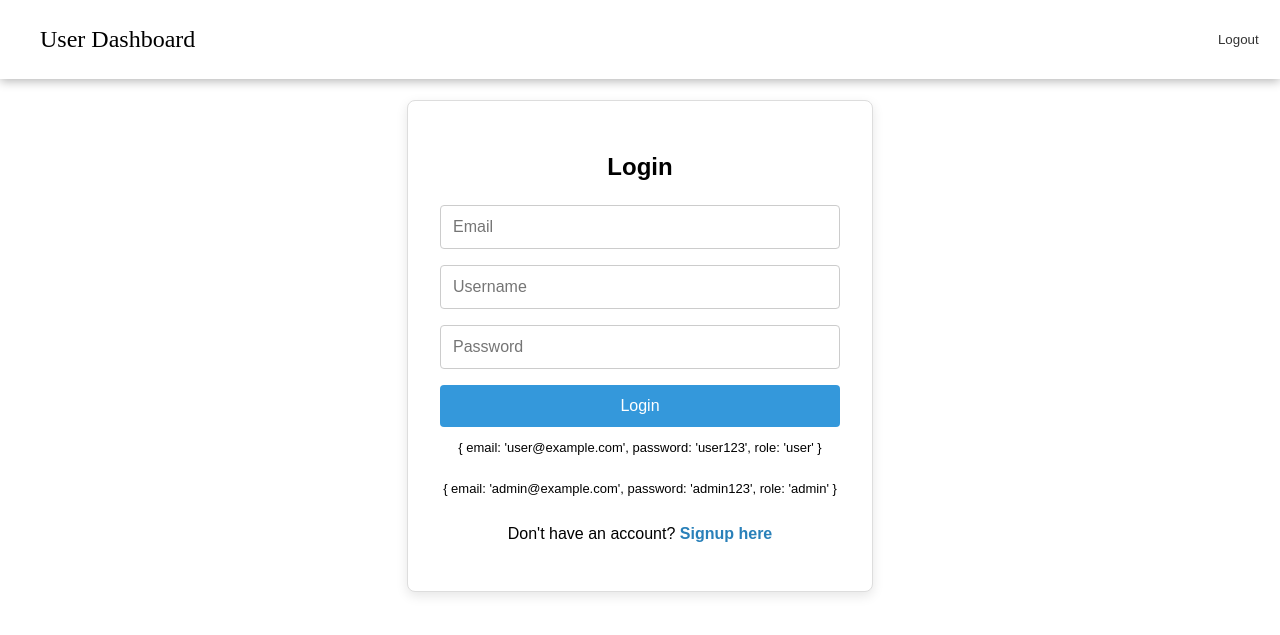
Repository: Edmund-Kiama/todoPHP
Page: / (app in task-manager-frontend/)
An editor plug-in stored every save of this project. The page is shown before and after the next save, followed by the edit.
The browser window is 1280 px wide. The pictures show the whole page.
The project was rebuilt for these pictures with package versions that can differ from the ones it lists, and the page was loaded fresh each time. Also part of the build but not shown: task-manager-frontend/vite.config.js, task-manager-frontend/src/components/Admin/admin.css, task-manager-frontend/src/components/Admin/AdminDashboard.vue, task-manager-frontend/src/components/User/user.css, task-manager-frontend/src/components/User/UserDashboard.vue, task-manager-frontend/src/components/Auth/signup.css, task-manager-frontend/src/components/Auth/Signup.vue.

Above is the page before, as saved 2025-07-12 23:06:26.

### task-manager-frontend/src/App.vue
<script setup>
  import Navbar from './components/Navbar/Navbar.vue';
  import { store } from './store';
</script>

<template>
  <Navbar />
  <router-view />
</template>

### task-manager-frontend/src/router/index.js
import { createRouter, createWebHistory } from 'vue-router';
import Login from '../components/Auth/Login.vue';
import AdminDashboard from '../components/Admin/AdminDashboard.vue';
import UserDashboard from '../components/User/UserDashboard.vue';
import Signup from '../components/Auth/Signup.vue';

const routes = [
  { path: '/', name: 'Login', component: Login },
  { path: '/signup', name: 'Signup', component: Signup },
  { path: '/admin', name: 'AdminDashboard', component: AdminDashboard },
  { path: '/user', name: 'UserDashboard', component: UserDashboard }
];

const router = createRouter({
  history: createWebHistory(),
  routes
});

export default router;

### task-manager-frontend/src/components/Navbar/Navbar.vue

<template>
  <nav v-if="store.user.loggedIn" class="navbar">
    <ul>
      <li v-if="user.role === 'admin'">Admin Dashboard</li>
      <li v-if="user.role === 'user'">User Dashboard</li>
      <li><button @click="logout">Logout</button></li>
    </ul>
  </nav>
</template>

<script setup>
  import "./nav.css"
  import { store } from '../../store'
  import { useRouter } from 'vue-router'

  const router = useRouter()

  const user = store.user
  if (!user.loggedIn) router.push('/')

  function logout() {
    store.user.role = null
    store.user.loggedIn = false
    localStorage.removeItem('token')
    router.push('/')
  }
</script>

### task-manager-frontend/src/store.js
import { reactive } from 'vue'

export const store = reactive({
  user: {
    role: "user",
    loggedIn: true,
    username: "Nick"
  },
})

### task-manager-frontend/src/components/Auth/Login.vue
<script setup>
    import './login.css'
    import { ref } from 'vue';
    import { useRouter } from 'vue-router';

    const email = ref('');
    const name = ref('');
    const password = ref('');
    const error = ref('');
    const router = useRouter();

    const login = () => {
         // Clear error
        error.value = '';
        const users = [
        { email: 'admin@example.com', password: 'admin123', role: 'admin' },
        { email: 'user@example.com', password: 'user123', role: 'user' },
        ];

        const user = users.find(
            (u) => u.email === email.value && u.password === password.value
        );

        if (!user) error.value = "Invalid credentials"
        if (user?.role === 'admin') router.push('/admin');
        if (user?.role === 'user') router.push('/user');
    };
</script>

<template>
    <div class="login-container">
        <h2>Login</h2>
        <form @submit.prevent="login">
            <input v-model="email" placeholder="Email" required />
            <input v-model="name" placeholder="Username" required />
            <input type="password" v-model="password" placeholder="Password" required />
            <button>Login</button>
            <p v-if="error" class="error">{{ error }}</p>
            <p class="descr">{ email: 'user@example.com', password: 'user123', role: 'user' }</p>
            <p class="descr">{ email: 'admin@example.com', password: 'admin123', role: 'admin' }</p>
            <p class="toggle">
                Don't have an account?
                <router-link to="/signup" class="link">Signup here</router-link>
            </p>
        </form>
    </div>
</template>

### task-manager-frontend/src/components/Navbar/nav.css
.navbar {
    background-color: white;
    margin: 0;
    padding: 0;
    position: fixed;
    box-shadow: 0 2px 10px rgba(0, 0, 0, 0.3);
    width: 100%;
    top: 0;
    left: 0;
    right: 0;
}
.navbar ul {
    display: flex;
    justify-content: space-between;
    align-items: center;
    gap: 1rem;
    list-style: none;
    font-size: 1.5em;
}
.navbar ul li {
    display: flex;
    align-items: center;
}
.navbar button {
    text-decoration: none;
    background: none;
    border: none;
    padding: 0.5rem;
    border-radius: 5px;
    color: #333;
    transition: all;
    transition-duration: 300ms;
    cursor: pointer;
    margin-right: 1em;
}
.navbar button:hover {
    background-color:  #3498db;
    color: white;
}

### task-manager-frontend/src/components/Auth/login.css

.login-container {
    max-width: 400px;
    margin: 100px auto;
    padding: 2rem;
    border: 1px solid #ddd;
    border-radius: 8px;
    background-color: #fff;
    box-shadow: 0 4px 12px rgba(0,0,0,0.1);
    font-family: Arial, sans-serif;
}

.login-container h2 {
  text-align: center;
  margin-bottom: 1.5rem;
}

.login-container form {
  display: flex;
  flex-direction: column;
}

.login-container input {
  padding: 0.75rem;
  margin-bottom: 1rem;
  border: 1px solid #ccc;
  border-radius: 4px;
  font-size: 1rem;
}

.login-container button {
  padding: 0.75rem;
  background-color: #3498db;
  color: white;
  font-size: 1rem;
  border: none;
  border-radius: 4px;
  cursor: pointer;
}

.login-container button:hover {
  background-color: #2980b9;
}

.login-container .error {
  color: red;
  text-align: center;
  margin-top: 1rem;
}
.login-container .toggle {
  text-align: center;
}
.login-container .link {
  color:  #2980b9;
  text-decoration: none;
  font-weight: bold;
}
.login-container .descr {
  text-align: center;
  font-size: 13px;
}

Loaded but not shown: task-manager-frontend/index.html (common file); task-manager-frontend/src/main.js (common file)

After the next save:
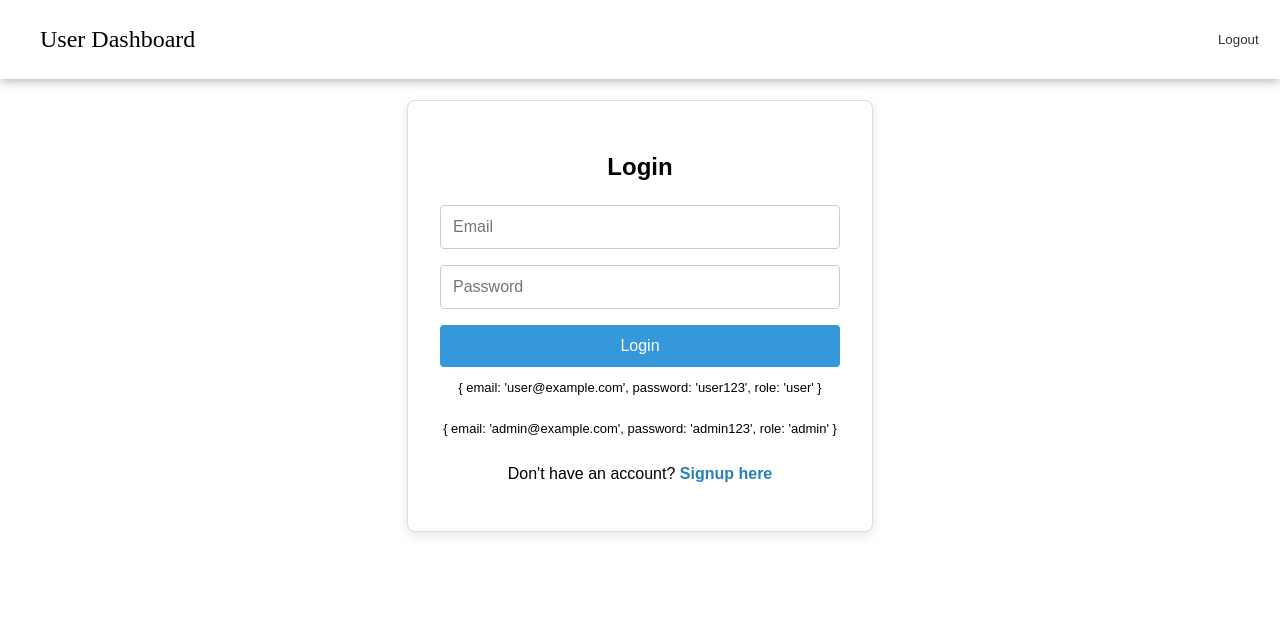
Saved 27 s later.
--- a/task-manager-frontend/src/components/Auth/Login.vue
+++ b/task-manager-frontend/src/components/Auth/Login.vue
@@ -10,8 +10,9 @@
     const router = useRouter();
 
     const login = () => {
-         // Clear error
+        // Clear error
         error.value = '';
+
         const users = [
         { email: 'admin@example.com', password: 'admin123', role: 'admin' },
         { email: 'user@example.com', password: 'user123', role: 'user' },
@@ -32,7 +33,6 @@
         <h2>Login</h2>
         <form @submit.prevent="login">
             <input v-model="email" placeholder="Email" required />
-            <input v-model="name" placeholder="Username" required />
             <input type="password" v-model="password" placeholder="Password" required />
             <button>Login</button>
             <p v-if="error" class="error">{{ error }}</p>
